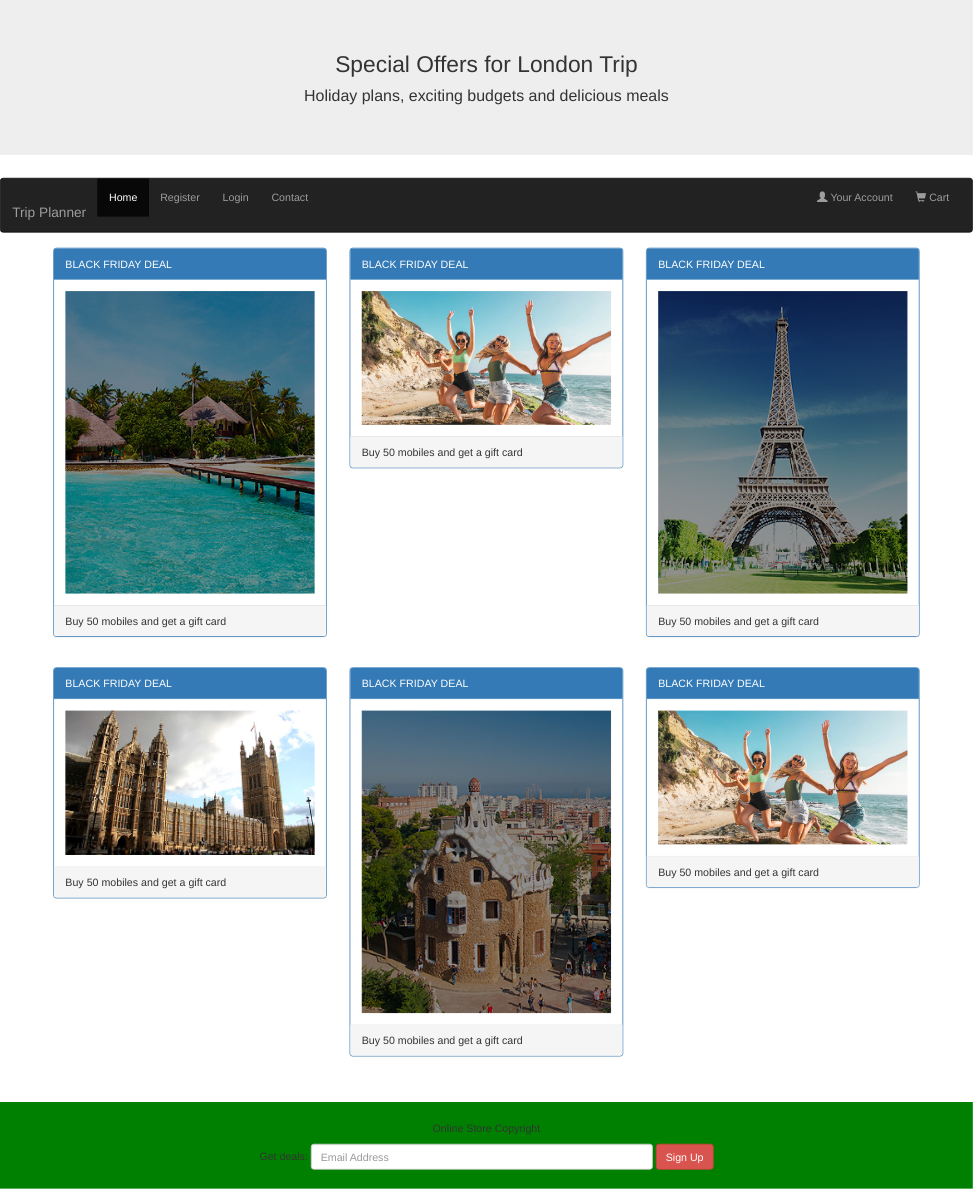
Repository: NanSin21/Mytourism-Website
Page: http://localhost/toursandtravelsmanagement/london.jsp
An editor plug-in stored every save of this project. The page is shown before and after the next save, followed by the edit.
The browser window is 1280 px wide. The pictures show the whole page, at 76% of full size.
The page is served by Tomcat 9.

Above is the page before, as saved 2018-07-20 08:27:34.

After the next save:
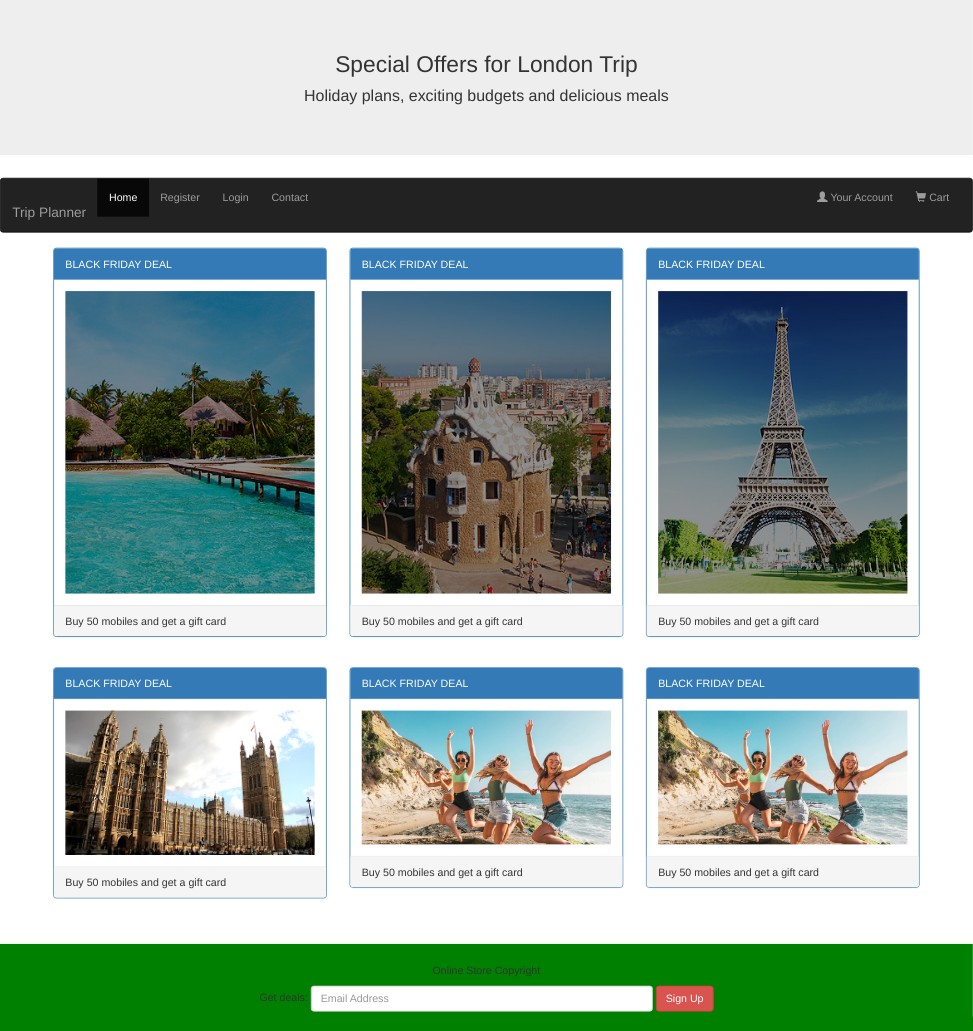
Saved 2 min 32 s later.
--- a/toursandtravelsmanagement/WebContent/london.jsp
+++ b/toursandtravelsmanagement/WebContent/london.jsp
@@ -71,7 +71,7 @@
     <div class="col-sm-4">
       <div class="panel panel-primary">
         <div class="panel-heading">BLACK FRIDAY DEAL</div>
-        <div class="panel-body"><img src="images/1.jpg" class="img-responsive" style="width:100%" alt="Image"></div>
+        <div class="panel-body"><img src="images/ban_img1.jpg" class="img-responsive" style="width:100%" alt="Image"></div>
         <div class="panel-footer">Buy 50 mobiles and get a gift card</div>
       </div>
     </div>
@@ -97,7 +97,7 @@
     <div class="col-sm-4">
       <div class="panel panel-primary">
         <div class="panel-heading">BLACK FRIDAY DEAL</div>
-        <div class="panel-body"><img src="images/ban_img1.jpg" class="img-responsive" style="width:100%" alt="Image"></div>
+        <div class="panel-body"><img src="images/1.jpg" class="img-responsive" style="width:100%" alt="Image"></div>
         <div class="panel-footer">Buy 50 mobiles and get a gift card</div>
       </div>
     </div>
